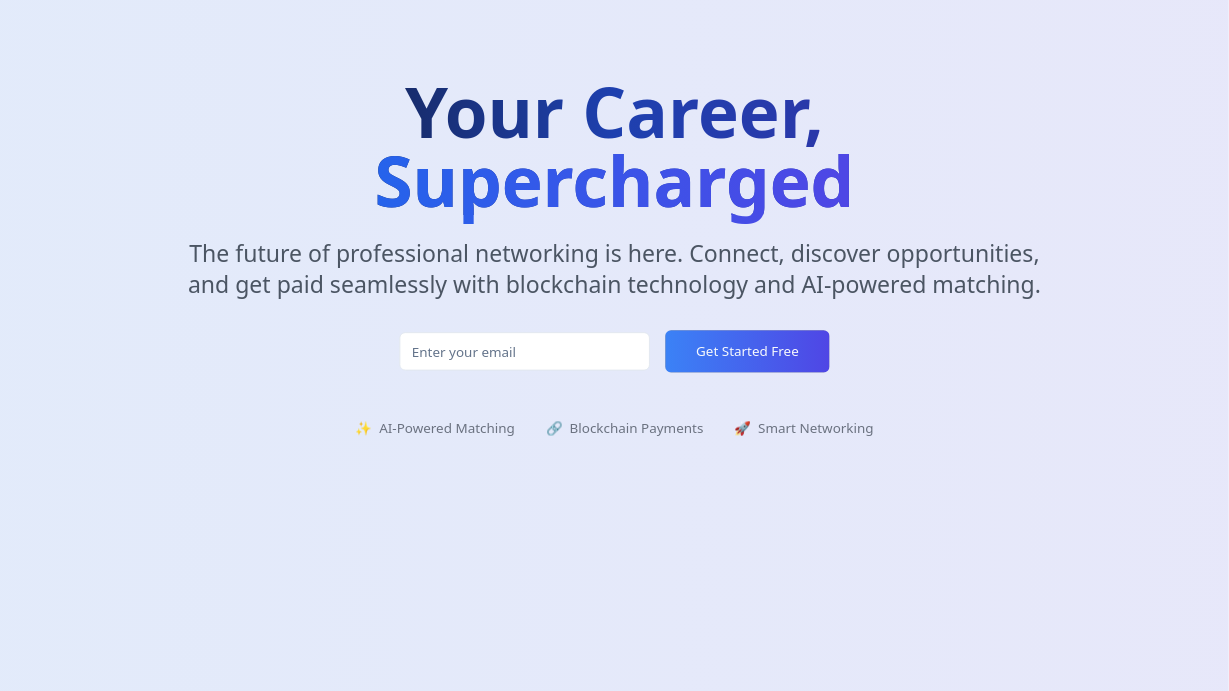
Repository: anjalikumari2207/connect-career-future
Page: / (app in client/)
These files come from the project's save history. The page is drawn as it stood at one moment and after the next save; the edit follows.
The browser window is 1280 px wide. The pictures show the whole page, at 96% of full size.
The project was rebuilt for these pictures with package versions that can differ from the ones it lists, and the page was loaded fresh each time. Also part of the build but not shown: client/vite.config.ts, client/src/components/ui/tooltip.tsx, client/src/pages/NotFound.tsx, client/src/api/axios.ts, client/src/pages/AuthPage.tsx, client/src/pages/ProfilePage.tsx, client/src/components/ui/textarea.tsx, client/src/components/ui/label.tsx and 6 more.

Above is the page before, as saved 2025-07-08 04:03:57.

After the next save:
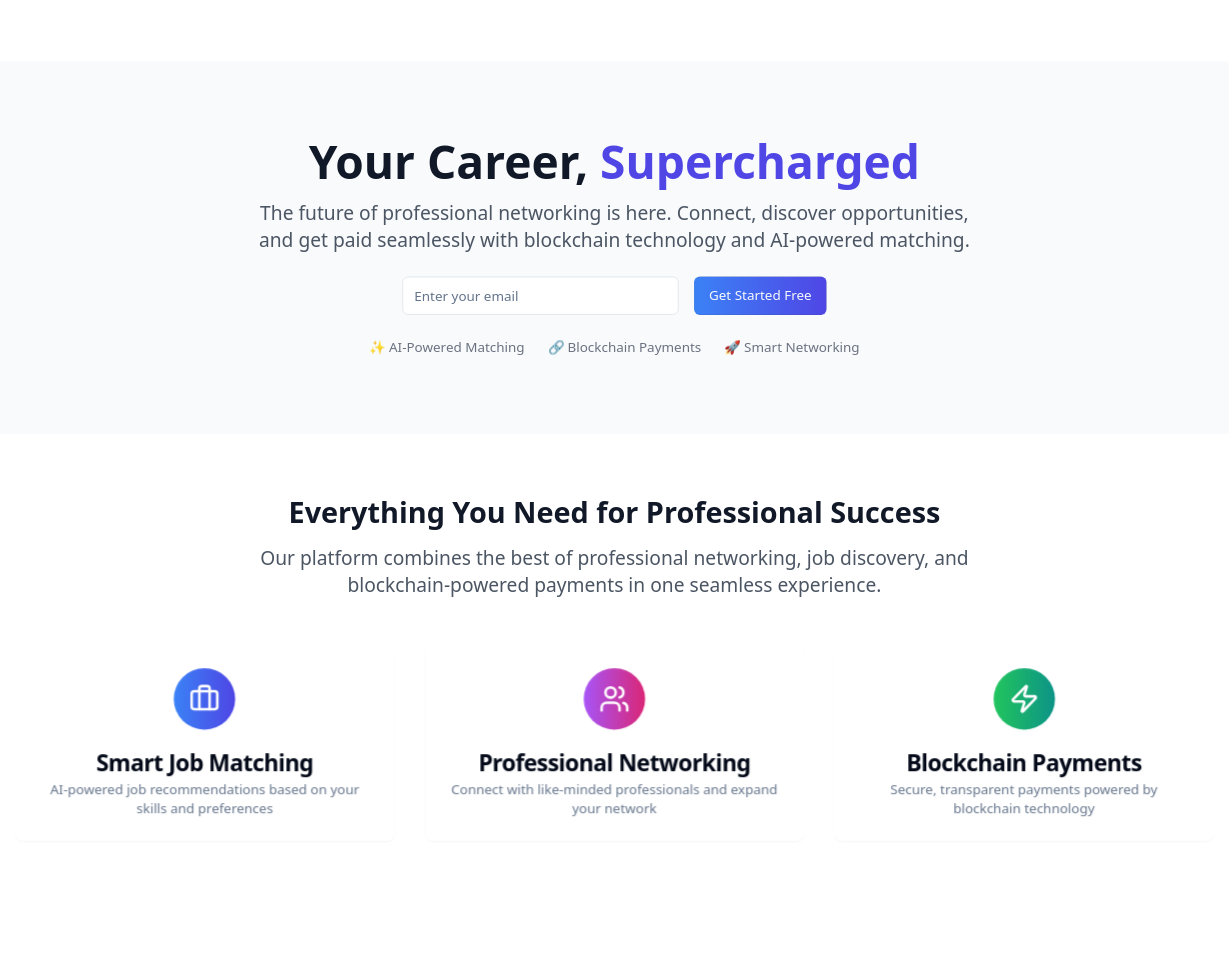
Saved 2 min 56 s later.
--- a/client/src/pages/Home.tsx
+++ b/client/src/pages/Home.tsx
@@ -1,62 +1,101 @@
 // src/pages/Home.tsx
-import { useState } from "react";
+import {
+  Card,
+  CardContent,
+  CardDescription,
+  CardHeader,
+  CardTitle,
+} from "@/components/ui/card";
+import { Briefcase, Users, Zap } from "lucide-react";
 import { Button } from "@/components/ui/button";
 import { Input } from "@/components/ui/input";
-import { useNavigate } from "react-router-dom";
 
 const Home = () => {
-  const [email, setEmail] = useState("");
-  const navigate = useNavigate();
+  return (
+    <div className="pt-16">
+      {/* Hero Section */}
+      <section className="text-center bg-slate-50 py-20 px-4">
+        <h1 className="text-5xl font-extrabold text-gray-900 mb-4">
+          Your Career, <span className="text-indigo-600">Supercharged</span>
+        </h1>
+        <p className="text-xl text-gray-600 max-w-3xl mx-auto mb-6">
+          The future of professional networking is here. Connect, discover opportunities,
+          and get paid seamlessly with blockchain technology and AI-powered matching.
+        </p>
 
-  return (
-    <section className="relative py-20 px-4 overflow-hidden min-h-screen bg-slate-50">
-      <div className="absolute inset-0 bg-gradient-to-r from-blue-600/10 to-indigo-600/10"></div>
-      <div className="relative max-w-7xl mx-auto text-center">
-        <div className="max-w-4xl mx-auto">
-          <h1 className="text-5xl md:text-7xl font-bold mb-6 bg-gradient-to-r from-gray-900 via-blue-800 to-indigo-800 bg-clip-text text-transparent leading-tight">
-            Your Career,
-            <br />
-            <span className="bg-gradient-to-r from-blue-600 to-indigo-600 bg-clip-text text-transparent">
-              Supercharged
-            </span>
-          </h1>
+        <div className="flex flex-col sm:flex-row gap-4 justify-center items-center mb-6">
+          <Input
+            placeholder="Enter your email"
+            className="w-full sm:w-72"
+          />
+          <Button className="bg-gradient-to-r from-blue-500 to-indigo-600 hover:from-blue-600 hover:to-indigo-700">
+            Get Started Free
+          </Button>
+        </div>
 
-          <p className="text-xl md:text-2xl text-gray-600 mb-8 leading-relaxed">
-            The future of professional networking is here. Connect, discover opportunities,
-            and get paid seamlessly with blockchain technology and AI-powered matching.
-          </p>
+        <div className="flex flex-wrap justify-center gap-6 text-sm text-gray-500 mt-6">
+          <span>✨ AI-Powered Matching</span>
+          <span>🔗 Blockchain Payments</span>
+          <span>🚀 Smart Networking</span>
+        </div>
+      </section>
 
-          <div className="flex flex-col sm:flex-row gap-4 justify-center items-center mb-12 max-w-md mx-auto">
-            <Input
-              type="email"
-              placeholder="Enter your email"
-              value={email}
-              onChange={(e) => setEmail(e.target.value)}
-              className="flex-1"
-            />
-            <Button
-              onClick={() => navigate("/jobs")}
-              size="lg"
-              className="bg-gradient-to-r from-blue-500 to-indigo-600 hover:from-blue-600 hover:to-indigo-700 px-8 whitespace-nowrap"
-            >
-              Get Started Free
-            </Button>
+      {/* Features Section */}
+      <section className="py-16 px-4">
+        <div className="max-w-7xl mx-auto">
+          <div className="text-center mb-12">
+            <h2 className="text-3xl font-bold text-gray-900 mb-4">
+              Everything You Need for Professional Success
+            </h2>
+            <p className="text-xl text-gray-600 max-w-3xl mx-auto">
+              Our platform combines the best of professional networking, job discovery,
+              and blockchain-powered payments in one seamless experience.
+            </p>
           </div>
 
-          <div className="flex flex-wrap justify-center gap-8 text-sm text-gray-500">
-            <div className="flex items-center gap-2">
-              ✨ <span>AI-Powered Matching</span>
-            </div>
-            <div className="flex items-center gap-2">
-              🔗 <span>Blockchain Payments</span>
-            </div>
-            <div className="flex items-center gap-2">
-              🚀 <span>Smart Networking</span>
-            </div>
+          <div className="grid md:grid-cols-3 gap-8 mb-16">
+            {/* Feature 1 */}
+            <Card className="hover:shadow-lg transition-all duration-300 border-0 bg-white/80 backdrop-blur-sm">
+              <CardHeader className="text-center">
+                <div className="w-16 h-16 bg-gradient-to-r from-blue-500 to-indigo-600 rounded-full flex items-center justify-center mx-auto mb-4">
+                  <Briefcase className="w-8 h-8 text-white" />
+                </div>
+                <CardTitle>Smart Job Matching</CardTitle>
+                <CardDescription>
+                  AI-powered job recommendations based on your skills and preferences
+                </CardDescription>
+              </CardHeader>
+            </Card>
+
+            {/* Feature 2 */}
+            <Card className="hover:shadow-lg transition-all duration-300 border-0 bg-white/80 backdrop-blur-sm">
+              <CardHeader className="text-center">
+                <div className="w-16 h-16 bg-gradient-to-r from-purple-500 to-pink-600 rounded-full flex items-center justify-center mx-auto mb-4">
+                  <Users className="w-8 h-8 text-white" />
+                </div>
+                <CardTitle>Professional Networking</CardTitle>
+                <CardDescription>
+                  Connect with like-minded professionals and expand your network
+                </CardDescription>
+              </CardHeader>
+            </Card>
+
+            {/* Feature 3 */}
+            <Card className="hover:shadow-lg transition-all duration-300 border-0 bg-white/80 backdrop-blur-sm">
+              <CardHeader className="text-center">
+                <div className="w-16 h-16 bg-gradient-to-r from-green-500 to-teal-600 rounded-full flex items-center justify-center mx-auto mb-4">
+                  <Zap className="w-8 h-8 text-white" />
+                </div>
+                <CardTitle>Blockchain Payments</CardTitle>
+                <CardDescription>
+                  Secure, transparent payments powered by blockchain technology
+                </CardDescription>
+              </CardHeader>
+            </Card>
           </div>
         </div>
-      </div>
-    </section>
+      </section>
+    </div>
   );
 };
 
